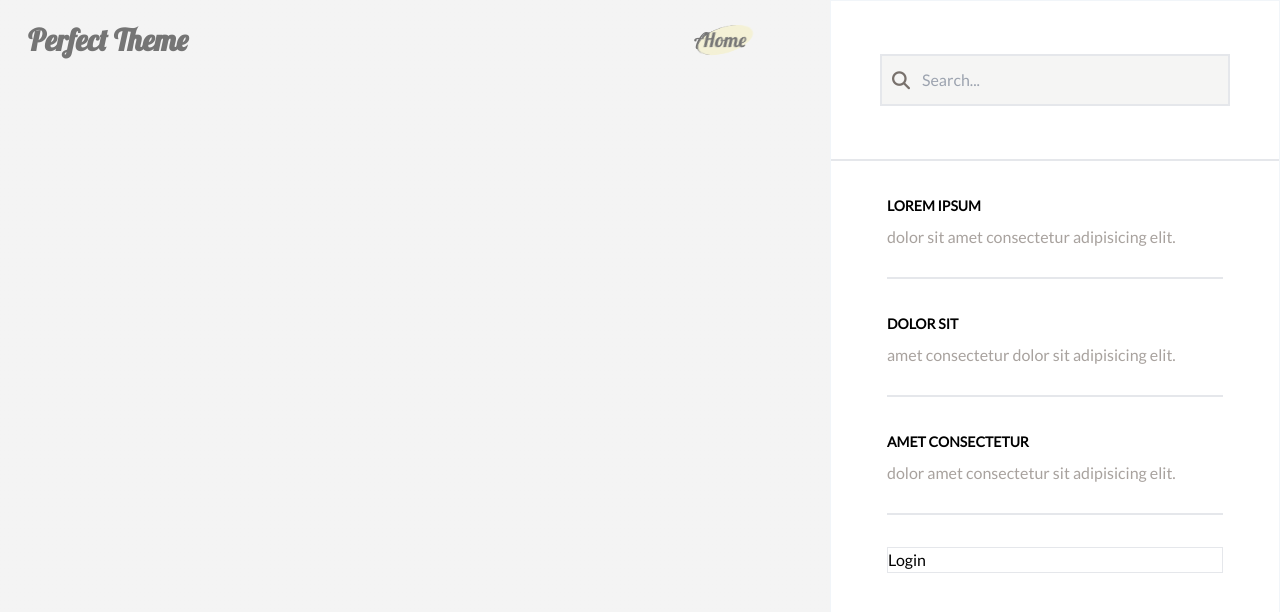
Repository: hsumyatm7308/laravel-blog
Page: blogweb/resources/views/blog/headerlayout.html
These files come from the project's save history. The page is drawn as it stood at one moment and after a run of saves; the edit follows.
The browser window is 1280 px wide. The pictures show the whole page.
Some web libraries are served in a nearby version.

Above is the page before, as saved 2023-09-04 19:29:29.

### blogweb/resources/views/blog/headerlayout.html
<!DOCTYPE html>
<html>

<head>
    <title>@yield('title')</title>
    <script src="https://cdn.tailwindcss.com"></script>
    <link rel="stylesheet" href="https://cdnjs.cloudflare.com/ajax/libs/font-awesome/6.4.2/css/all.min.css">

</head>
<style>
    /* for nav  */
    @import url('https://fonts.googleapis.com/css2?family=Lobster&display=swap');
    /* for body  */
    @import url('https://fonts.googleapis.com/css2?family=Lato&display=swap');


    body {
        font-family: 'Lato', sans-serif;
    }

    nav {
        font-family: 'Lobster', cursive;
    }


    .container {
        width: 80%;
        height: auto;
        /* background-color: antiquewhite; */

        display: flex;
        justify-content: center;
        align-items: center;

        position: relative;


    }

    .navlabel {
        position: relative;
        /* background-color: aqua; */
    }

    .lictn {
        position: relative;
    }

    .skewtextctn,
    .skewtextctn2 {
        width: 50px;
        height: 30px;
        border-radius: 100%;
        border-left: 1px solid black;

        position: fixed;
        top: 25px;




        transform: skew(-40deg);

    }

    .skewtextctn {
        left: 700px;
    }

    .skewtextctn2 {
        left: 800px;
    }



    .article {
        position: fixed;
        left: 1px;

        top: 1px;
        transform: skew(40deg);

    }

    .skewtextctn:hover,
    .skewtextctn2:hover {
        transition: all .5s;
        background-color: rgb(51 65 85);
    }

    .skewtextctn:hover .article,
    .skewtextctn2:hover .article {
        color: #000;
    }
</style>

<body class="bg-[#ffff]">
    <nav class="w-[100vw] flex justify-center items-center">
        <h1 class="text-3xl font-semibold">Perfect Theme</h1>

        <div class="w-[80%] h-20 flex justify-center items-center container">
            <div class="flex justify-between items-center list-none navlabel">
                <li class="p-5 mr-4 lictn">
                    <div class="bg-yellow-100 skewtextctn">
                        <a href="" class="text-xl text-black article">Home</a>
                    </div>
                </li>

                <li class="p-5 mr-4">
                    <div class=" active">
                        <a href="" class="text-xl text-black ">Article</a>
                    </div>
                </li>
            </div>


        </div>

        <div class=" menu ">
            <span class="text-xs flex justify-center items-center flex-col">
                <div class="w-10 h-[2px] bg-black"></div>
                <span class="p-1 hover:self-end hover:text-yellow-500"> menu</span>
                <div class="w-10 h-[2px] bg-black font-semibold"></div>
            </span>
        </div>
    </nav>



    <div
        class="menu-modal w-screen bg-[linear-gradient(rgba(233,233,233,.5),rgba(233,233,233,.5))] h-screen absolute left-0 top-0">
        <div class="w-[450px] h-[100vh] bg-white absolute right-0 top-0 border border-slate-100">

            <div class="w-full h-40 border-b border-b-2 flex justify-center items-center">
                <form action="" method="post" class="relative">
                    <i class="fa-solid fa-magnifying-glass text-stone-500 text-lg absolute left-3 top-[12px]"></i>
                    <input type="search"
                        class=" border-2 px-32 py-3 pl-10 bg-stone-100 font-thin focus:outline-none	focus:border focus:border-amber-300 focus:ring-1 focus:ring-amber-100"
                        placeholder="Search...">
                </form>
            </div>


            <div class="mt-4">
                <div class="px-14 py-4">
                    <li class="list-none border-b-2 pb-7">
                        <a href="" class="uppercase text-sm font-semibold">Lorem ipsum</a>
                        <p class="text-stone-400 mt-2">dolor sit amet consectetur adipisicing elit.</p>

                    </li>
                </div>

                <div class="px-14 py-4">
                    <li class="list-none border-b-2 pb-7">
                        <a href="" class="uppercase text-sm font-semibold">dolor sit</a>
                        <p class="text-stone-400 mt-2"> amet consectetur dolor sit adipisicing elit.</p>

                    </li>
                </div>

                <div class="px-14 py-4">
                    <li class="list-none border-b-2 pb-7">
                        <a href="" class="uppercase text-sm font-semibold">amet consectetur </a>
                        <p class="text-stone-400 mt-2"> dolor amet consectetur  sit adipisicing elit.</p>

                    </li>
                </div>


                <div class="px-14 py-4">
                    <li class="list-none pb-7">

                       <p class="border">Login</p>

                    </li>
                </div>

            </div>

        </div>

    </div>


    <script>
        var menu = document.querySelector('.menu');
        menu.addEventListener('click', function () {

        })
    </script>
</body>

</html>

After the next 2 saves:
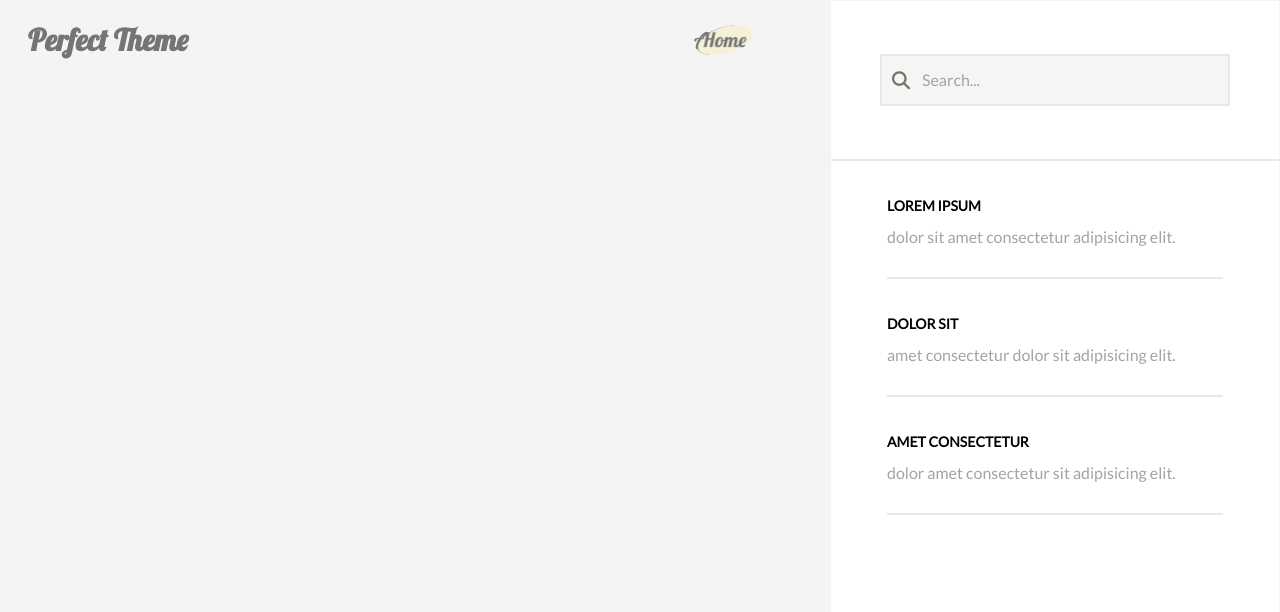
The 2 saves are shown as one change because they came seconds apart.
The last was saved 11 s later.
--- a/blogweb/resources/views/blog/headerlayout.html
+++ b/blogweb/resources/views/blog/headerlayout.html
@@ -161,18 +161,14 @@
                 <div class="px-14 py-4">
                     <li class="list-none border-b-2 pb-7">
                         <a href="" class="uppercase text-sm font-semibold">amet consectetur </a>
-                        <p class="text-stone-400 mt-2"> dolor amet consectetur  sit adipisicing elit.</p>
+                        <p class="text-stone-400 mt-2"> dolor amet consectetur sit adipisicing elit.</p>
 
                     </li>
                 </div>
 
 
                 <div class="px-14 py-4">
-                    <li class="list-none pb-7">
-
-                       <p class="border">Login</p>
-
-                    </li>
+                    <button></button>
                 </div>
 
             </div>
